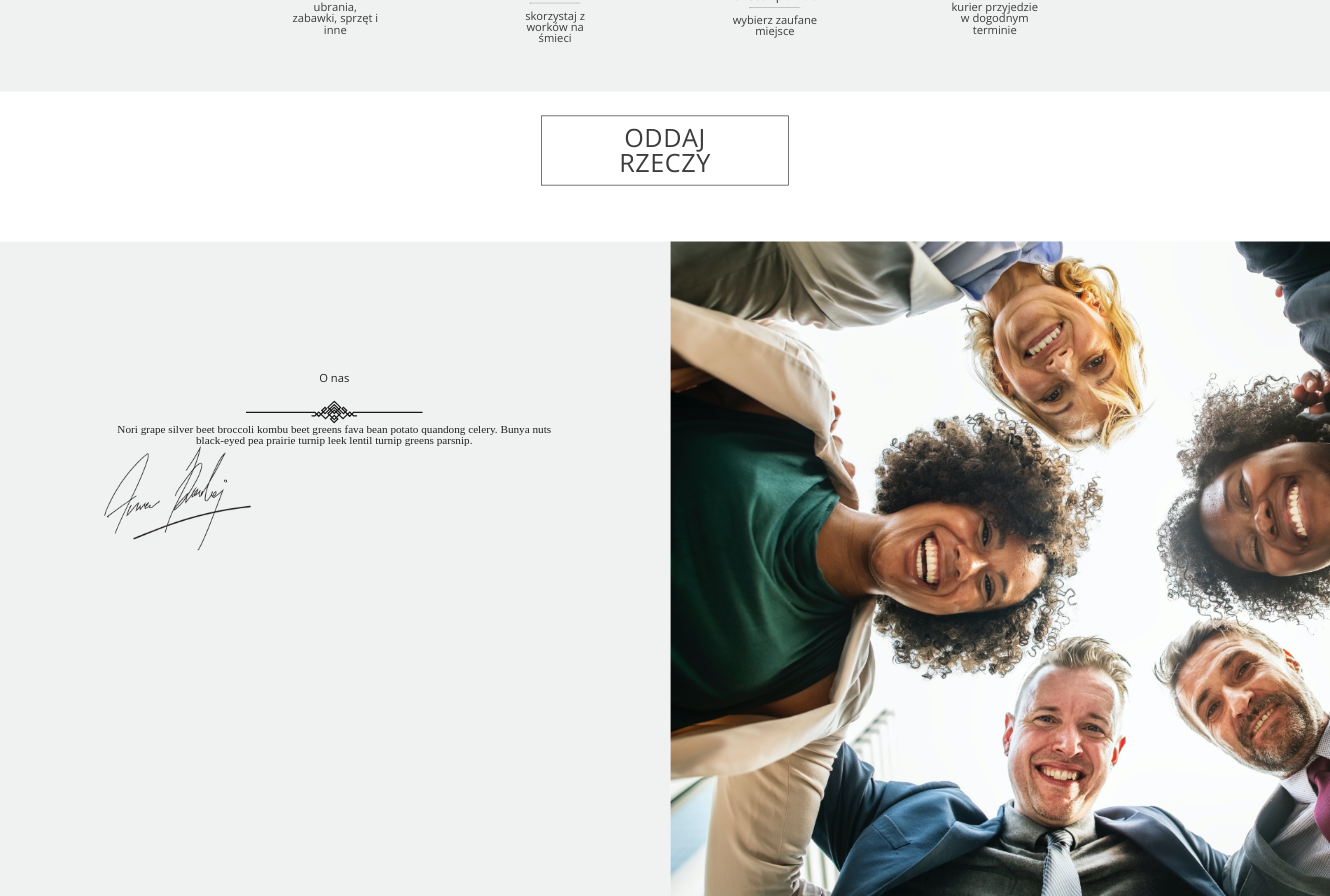
Repository: tomekwoojcik/oddam-w-dobre-rence
Page: /
An editor plug-in stored every save of this project. The page is shown before and after the next save, followed by the edit.
The browser window is 1280 px wide. The page is 1900 px wide, so the pictures cover 1900 px, including what lies to the right of the window. The pictures show the part of the page from y = 1720 to 3000 px (the page is 3000 px tall), at 70% of full size.
The project was rebuilt for these pictures with package versions that can differ from the ones it lists, and the page was loaded fresh each time. Also part of the build but not shown: src/pages/logIn/logIn.js, src/pages/register/register.js.

Above is the page before, as saved 2022-12-08 09:29:02.

### public/index.html
<!DOCTYPE html>
<html lang="en">
  <head>
    <meta charset="utf-8" />
    <link rel="icon" href="%PUBLIC_URL%/favicon.ico" />
    <meta name="viewport" content="width=device-width, initial-scale=1" />
    <meta name="theme-color" content="#000000" />
    <meta
      name="description"
      content="Web site created using create-react-app"
    />
    <link rel="apple-touch-icon" href="%PUBLIC_URL%/logo192.png" />
    <link rel="manifest" href="%PUBLIC_URL%/manifest.json" />
    <title>React App</title>
    <link rel="preconnect" href="https://fonts.googleapis.com">
    <link rel="preconnect" href="https://fonts.gstatic.com" crossorigin>
    <link
      href="https://fonts.googleapis.com/css2?family=Merriweather:ital,wght@0,300;0,400;0,700;0,900;1,300;1,400;1,700;1,900&family=Open+Sans:ital,wght@0,300;0,400;0,500;0,600;0,700;0,800;1,300;1,400;1,500;1,600;1,700;1,800&display=swap"
      rel="stylesheet">
  </head>
  <body>
    <div id="root"></div>
  </body>
</html>

### src/index.js
import React from 'react'
import ReactDOM from 'react-dom/client'
import './scss/main.scss'
import App from './App'
import reportWebVitals from './reportWebVitals'

const root = ReactDOM.createRoot(document.getElementById('root'))
root.render(
  <React.StrictMode>
    <App />
  </React.StrictMode>
)

// If you want to start measuring performance in your app, pass a function
// to log results (for example: reportWebVitals(console.log))
// or send to an analytics endpoint. Learn more: https://bit.ly/CRA-vitals
reportWebVitals()

### src/scss/main.scss
@import './reset';
@import './settings/colors';
@import './settings/fonts';
@import '../components/atoms/buttonsMenu/buttonsMenu';
@import '../components/molecules/navMenu/navMenu';
@import '../components/atoms/buttonsLoginLogout/buttonsLoginLogout';
@import '../components/molecules/navLoginLogout/navLoginLogout';
@import '../components/molecules/menu/menu';
@import '../components/atoms/photoInHeader/photoInHeader.scss';
@import '../components/organisms/header/header';
@import '../components/atoms/partTextInHeader/firstPartText';
@import '../components/molecules/rightPart/rightPart';
@import '../components/molecules/textInHeader/textInHeader';
@import '../components/atoms/decorationAssets/decorationAssets';
@import '../components/molecules/menuRightPartContext/menuRightPartContext';
@import '../components/atoms/buttonsInRightPartContext/buttonsInRightPartContext';
@import '../components/organisms/threeColumns/threeColumns';
@import '../pages/home/home';
@import '../components/molecules/oneColumn/oneColumn';
@import '../components/atoms/counterInColumn/counterInColumn';
@import '../components/atoms/titleInColumn/titleInColumn';
@import '../components/atoms/textInColumn/textInColumn';
@import '../components/atoms/simpleStepsTitle/simpleStepsTitle';
@import '../components/organisms/simpleSteps/simpleSteps';
@import '../components/atoms/simpleStepsColumn/simpleStepsColumn';
@import '../components/molecules/simpleStepsBar/simpleStepsBar';
@import '../components/organisms/aboutUsBar/aboutUsBar';

* {
    font-family: $font-base;
}

### src/App.js
/* eslint-disable react/react-in-jsx-scope */
import { Outlet, Route, Routes } from 'react-router'
import { BrowserRouter } from 'react-router-dom'
import Home from './pages/home/home'
import './App.css'
import LogIn from './pages/logIn/logIn'
import Register from './pages/register/register'

function App () {
  return (
    <div className="App">
      <Outlet />
      <BrowserRouter>
        <Routes>
          <Route path='/' element={<Home />} />
          <Route path='logowanie' element={<LogIn />} />
          <Route path='rejestracja' element={<Register />} />
        </Routes>

      </BrowserRouter>
    </div>
  )
}

export default App

### src/scss/settings/_colors.scss
$white-color: #F0F1F1;
$mustard-color: #5E5322;
$strong-yellow-color: #FAD648;
$grey-color: #737373;
$black-color: #3C3C3C;

### src/components/atoms/buttonsMenu/_buttonsMenu.scss
@import '../../../scss/settings/fonts';
@import '../../../scss/settings/colors';

.buttonItem {
    .button {
        font-size: 18px;
        padding: 9px 20px;
        color: $black-color;
        text-decoration: none;
        font-family: $font-base;
        border: 0.75px solid white;
    }

    .button:hover{
        border: 0.75px solid $black-color;
    }
}

### src/components/molecules/navMenu/_navMenu.scss
@import '../../../scss/settings/fonts';
@import '../../../scss/settings/colors';

.buttonList {
    margin-top: 10px;
    display: flex;
    flex-direction: row;
    justify-content: flex-end;
    margin-right: 142px;
}

### src/components/atoms/buttonsLoginLogout/_buttonsLoginLogout.scss
@import '../../../scss/settings/fonts';
@import '../../../scss/settings/colors';

.buttonMenuItems {
    .buttonMenu {
        font-family: $font-base;
        font-size: 14px;
        text-decoration: none;
        color: $grey-color;
        padding: 9px 10px;
        margin-left: 20px;
        border: 0.75px solid white;
    }

    .buttonMenu:hover{
        border-color: $strong-yellow-color;
    }
}

### src/components/molecules/navLoginLogout/_navLoginLogout.scss
.buttonMenuList{
    display: flex;
    flex-direction: row;
    justify-content: flex-end;
    margin-right: 142px;
    margin-bottom: 60px;
}

### src/components/molecules/menu/_menu.scss
.menu {
    width: 100%;
    margin-top: 37px;
    flex-direction: column;
}

### src/components/atoms/photoInHeader/_photoInHeader.scss
.photoHeader {
    width: 885px;
    height: 963px;
}

### src/components/organisms/header/_header.scss
.header {
    display: flex;
    flex-direction: row;
    width: 1758px;
}

### src/components/atoms/partTextInHeader/_firstPartText.scss
@import '../../../scss/settings/fonts';
@import '../../../scss/settings/colors';

.textInHeader{
    font-family: $font-base;
    font-size: 38px;
    margin-bottom: 10px;
}

### src/components/molecules/rightPart/_rightPart.scss
.rightPartHeader{
    display: flex;
    flex-direction: column;
}

### src/components/molecules/textInHeader/_textInHeader.scss
.textIn{
    margin-top: 210px;
}

### src/components/atoms/decorationAssets/_decorationAssets.scss
.decorationAssets {
    width: 253px;
    height: 33px;
    align-self: center;
    margin-top: 25px;
}

### src/components/molecules/menuRightPartContext/_menuRightPartContext.scss
.menuRightPartContext{
    display: flex;
    flex-direction: row;
    justify-content: center;
    margin-top: 65px;
}

### src/components/atoms/buttonsInRightPartContext/_buttonsInRightPartContext.scss
@import '../../../scss/settings/fonts';
@import '../../../scss/settings/colors';
@import '../../../scss/settings/otherVariables';

.buttonItemMenuContext {
    width: 250px;
    border: $border;
    padding: 13px 51px;

    .buttonMenuContext {

        text-transform: uppercase;
        text-decoration: none;
        color: $black-color;
        font-size: 36px;
        letter-spacing: 0.76px;
        word-wrap: break-word;
        font-family: $font-base;
        font-weight: 300;
    }

}

.buttonItemMenuContext:nth-child(2) {
    margin-left: 44px;
}

### src/scss/settings/_otherVariables.scss
@import '../settings/colors';
@import '../settings/colors';

$border: 0.75px solid $black-color;

### src/components/organisms/threeColumns/_threeColumns.scss
.threeColumns{
    background: url(../../../assets/backGround.png) ;
    width: 100%;
    display: flex;
    flex-direction: row;
    justify-content: space-around;
}

### src/pages/home/_home.scss
.homePage{
    width: 1900px;
    margin: 0 auto;
}

### src/components/molecules/oneColumn/_oneColumn.scss
.oneColumn {
    display: flex;
    flex-direction: column;
    justify-content: center;
    width: 334px;
    height: 252px;
    padding-top: 46px;
    padding-bottom: 86px;

}

### src/components/atoms/counterInColumn/_counterInColumn.scss
@import '../../../scss/settings/fonts';
@import '../../../scss/settings/colors';
@import '../../../scss/settings/otherVariables';

.counterColumn{
    font-size: 90px;
    font-family: $font-base;
    color: $mustard-color;
    font-weight: 300;
}

### src/components/atoms/titleInColumn/_titleInColumn.scss
@import '../../../scss/settings/fonts';
@import '../../../scss/settings/colors';
@import '../../../scss/settings/otherVariables';

.titleColumn{
    text-transform: uppercase;
    font-size: 18px;
    font-family: $font-base;
    letter-spacing: -0.36px;
    color: $black-color;
    margin: 10px 0 28px 0;

}

### src/components/atoms/textInColumn/_textInColumn.scss
@import '../../../scss/settings/fonts';
@import '../../../scss/settings/colors';
@import '../../../scss/settings/otherVariables';


.textColumn{
    font-family: $font-alt;
    font-size: 16px;
    font-weight: lighter;
    color: $black-color;
    letter-spacing: -0.32px;
    line-height: 25px;
}

### src/components/atoms/simpleStepsTitle/_simpleStepsTitle.scss
@import '../../../scss/settings/fonts';
@import '../../../scss/settings/colors';
@import '../../../scss/settings/otherVariables';

.simpleStepsTitle {
    font-size: 38px;
    font-family: $font-base;
    letter-spacing: -0.76px;
    color: $black-color;
    font-weight: 300;
}

### src/components/organisms/simpleSteps/_simpleSteps.scss
.simpleSteps{
    padding: 55px 0 80px 0;
    display: flex;
    flex-direction: column;

    .buttonItemMenuContext{
        align-self: center;
    }
}

### src/components/atoms/simpleStepsColumn/_simpleStepsColumn.scss
@import '../../../scss/settings/fonts';
@import '../../../scss/settings/colors';
@import '../../../scss/settings/otherVariables';

.simpleStepsColumn {
    width: 130px;
    height: 172px;

    .simpleStepsColumnImg {
        width: 83px;
        height: 83px;
    }

    .simpleStepsColumnTitle {
        font-family: $font-base;
        font-size: 18px;
        color: $black-color;
    }

    .simpleStepsColumnLine {
        color: $grey-color;
        width: 70px;
    }

    .simpleStepsColumnText {
        font-family: $font-base;
        font-size: 16px;
        color: $black-color;
        height: 40px;
        width: 100%;
    }
}


.simpleStepsColumn:nth-child(2){
    .simpleStepsColumnTitle{
        margin-top: 12px;
    }
}

### src/components/molecules/simpleStepsBar/_simpleStepsBar.scss
@import '../../../scss/settings/fonts';
@import '../../../scss/settings/colors';
@import '../../../scss/settings/otherVariables';

.simpleStepsBar {
    background-color: $white-color;
    padding: 71px 414px 76px 414px;
    display: flex;
    flex-direction: row;
    justify-content: space-between;
    margin-top: 34px;
    margin-bottom: 34px;
}

### src/components/organisms/aboutUsBar/_aboutUsBar.scss
@import '../../atoms/aboutUsImg/aboutUsImg';
@import '../../atoms/aboutUsText/aboutUsText';

.aboutUsBar{
    height: 935px;
    display: flex;
}

### src/components/atoms/aboutUsImg/_aboutUsImg.scss
.aboutUsImg{
    background-image: url('../../../assets/People.png');
    width: 942px;
    height: 100%;

}

### src/components/atoms/aboutUsText/_aboutUsText.scss
@import '../../../scss/settings/fonts';
@import '../../../scss/settings/colors';
@import '../../../scss/settings/otherVariables';

.aboutUsText {
    background-color: $white-color;
    width: calc(958px - 301px);
    padding: 186px 152px 185px 149px;

    .aboutUsTextTitle{
        font-family: $font-base;
    }

    .aboutUsSignature {
        background-image: url('../../../assets/Signature.png');
        width: 209px;
        height: 149px;
    }
}

### src/pages/home/home.js
import React from 'react'
import AboutUsBar from '../../components/organisms/aboutUsBar/aboutUsBar'
import Header from '../../components/organisms/header/header'
import SimpleSteps from '../../components/organisms/simpleSteps/simpleSteps'
import ThreeColumns from '../../components/organisms/threeColumns/threeColumns'

const Home = () => {
  return (
    <div className='homePage'>
      <Header />
      <ThreeColumns />
      <SimpleSteps />
      <AboutUsBar/>
    </div>
  )
}

export default Home

### src/components/organisms/aboutUsBar/aboutUsBar.js
import React from 'react'
import AboutUsImg from '../../atoms/aboutUsImg/aboutUsImg'
import AboutUsText from '../../atoms/aboutUsText/aboutUsText'

const AboutUsBar = () => {
  return (
        <div className='aboutUsBar'>
          <AboutUsText aboutUsTextTitle={'O nas'} aboutUsTextinText={'Nori grape silver beet broccoli kombu beet greens fava bean potato quandong celery. Bunya nuts black-eyed pea prairie turnip leek lentil turnip greens parsnip.'} />
          <AboutUsImg/>
        </div>
  )
}

export default AboutUsBar

### src/components/organisms/header/header.js
import React from 'react'
import PhotoInHeader from '../../atoms/photoInHeader/photoInHeader'
import RightPart from '../../molecules/rightPart/rightPart'
const Header = () => {
  return (
    <header className='header'>
      <PhotoInHeader />
      <RightPart />
    </header>

  )
}

export default Header

### src/components/organisms/simpleSteps/simpleSteps.js
import React from 'react'
import SimpleStepsTitle from '../../atoms/simpleStepsTitle/simpleStepsTitle'
import DecorationAssets from '../../atoms/decorationAssets/decorationAssets'
import SimpleStepsBar from '../../molecules/simpleStepsBar/simpleStepsBar'
import ButtonsInRightPartContext from '../../atoms/buttonsInRightPartContext/buttonsInRightPartContext'
const SimpleSteps = () => {
  return (
        <div className='simpleSteps'>
            <SimpleStepsTitle text={'Wystarczą 4 proste kroki'} />
            <DecorationAssets />
            <SimpleStepsBar />
            <ButtonsInRightPartContext buttonName={'oddaj rzeczy'} />
        </div>
  )
}

export default SimpleSteps

### src/components/organisms/threeColumns/threeColumns.js
import React from 'react'
import OneColumn from '../../molecules/oneColumn/oneColumn'

const ThreeColumns = () => {
  return (
        <div className='threeColumns'>
          <OneColumn counter={'10'} title={'Oddanych worków'} text={'Lorem ipsum dolor sit amet, consectetur adipisc Pellentesque vel enim a elit viverra elementuma. Aliquam erat volutpat.'} />
          <OneColumn counter={'5'} title={'Wspartych organizacji'} text={'Lorem ipsum dolor sit amet, consectetur adipisc Pellentesque vel enim a elit viverra elementuma. Aliquam erat volutpat.'} />
          <OneColumn counter={'7'} title={'Zorganizowanych zbiórek'} text={'Lorem ipsum dolor sit amet, consectetur adipisc Pellentesque vel enim a elit viverra elementuma. Aliquam erat volutpat.'} />
        </div>
  )
}

export default ThreeColumns

### src/components/atoms/aboutUsImg/aboutUsImg.js
import React from 'react'
const AboutUsImg = () => {
  return (
        <div className='aboutUsImg'/>
  )
}

export default AboutUsImg

### src/components/atoms/aboutUsText/aboutUsText.js
/* eslint-disable react/prop-types */
import DecorationAsets from '../decorationAssets/decorationAssets'
import React from 'react'

const AboutUsText = ({ aboutUsTextTitle, aboutUsTextinText }) => {
  return (
        <div className='aboutUsText'>
            <h3 className='aboutUsTextTitle'>{aboutUsTextTitle}</h3>
            <DecorationAsets />
          <p className='aboutUsTextinText'>{aboutUsTextinText}</p>
          <div className='aboutUsSignature'/>
        </div>
  )
}

export default AboutUsText

### src/components/atoms/photoInHeader/photoInHeader.js
import React from 'react'
import Image from '../../../assets/Home-Hero-Image.jpg'

const PhotoInHeader = () => {
  return (
    <img className='photoHeader' src={Image} />
  )
}

export default PhotoInHeader

### src/components/molecules/rightPart/rightPart.js
import React from 'react'
import Menu from '../menu/menu'
import RightPartContext from '../rightPartContext/rightPartContext'

const RightPart = () => {
  return (
    <div className='rightPartHeader'>
      <Menu />
      <RightPartContext />
    </div>
  )
}

export default RightPart

### src/components/atoms/simpleStepsTitle/simpleStepsTitle.js
/* eslint-disable react/prop-types */
import React from 'react'

const SimpleStepsTitle = ({ text }) => {
  return (
        <h4 className='simpleStepsTitle'>{text}</h4>
  )
}

export default SimpleStepsTitle

### src/components/atoms/decorationAssets/decorationAssets.js
import React from 'react'
import DecoratorImage from '../../../assets/Decoration.svg'
const DecorationAssets = () => {
  return (
        <img className="decorationAssets" src={DecoratorImage} />
  )
}

export default DecorationAssets

### src/components/atoms/buttonsInRightPartContext/buttonsInRightPartContext.js
import React from 'react'
import { NavLink } from 'react-router-dom'

// eslint-disable-next-line react/prop-types
const ButtonsInRightPartContext = ({ source, buttonName }) => {
  return (
    <div className='buttonItemMenuContext'><NavLink className='buttonMenuContext' to={source}>{buttonName}</NavLink></div>
  )
}

export default ButtonsInRightPartContext

### src/components/molecules/oneColumn/oneColumn.js
/* eslint-disable react/prop-types */
import React from 'react'
import CounterInColumn from '../../atoms/counterInColumn/counterInColumn'
import TextInColumn from '../../atoms/textInColumn/textInColumn'
import TitleInColumn from '../../atoms/titleInColumn/titleInColumn'

const OneColumn = ({ counter, title, text }) => {
  return (
        <div className='oneColumn'>
            <CounterInColumn counterColumn={counter} />
            <TitleInColumn titleColumn={title} />
            <TextInColumn textColumn={text} />
        </div>
  )
}

export default OneColumn

### src/components/molecules/menu/menu.js
import React from 'react'
import NavLoginLogout from '../navLoginLogout/navLoginLogout'
import NavMenu from '../navMenu/navMenu'

const Menu = () => {
  return (
    <div className='menu'>
      <NavLoginLogout />
      <NavMenu />
    </div>
  )
}

export default Menu

### src/components/molecules/rightPartContext/rightPartContext.js
import React from 'react'
import DecorationAssets from '../../atoms/decorationAssets/decorationAssets'
import MenuRightPartContext from '../menuRightPartContext/menuRightPartContext'
import TextInHeader from '../textInHeader/textInHeader'

const RightPartContext = () => {
  return (
      <div className='rightPartContext'>
          <TextInHeader />
          <DecorationAssets />
          <MenuRightPartContext/>
        </div>
  )
}

export default RightPartContext

### src/components/atoms/simpleStepsColumn/simpleStepsColumn.js
/* eslint-disable react/prop-types */
import React from 'react'

const SimpleStepsColumn = ({ source, simpleStepsColumnTitle, simpleStepsColumnText }) => {
  return (
    <div className='simpleStepsColumn'>
          <img className='simpleStepsColumnImg' src={source} />
          <h4 className='simpleStepsColumnTitle' >{simpleStepsColumnTitle}</h4>
          <hr className='simpleStepsColumnLine' />
          <p className='simpleStepsColumnText'>{simpleStepsColumnText}</p>
    </div>
  )
}

export default SimpleStepsColumn

### src/components/atoms/counterInColumn/counterInColumn.js
/* eslint-disable react/prop-types */
import React from 'react'

const CounterInColumn = ({ counterColumn }) => {
  return (
    <h3 className='counterColumn'>{counterColumn}</h3>
  )
}

export default CounterInColumn

### src/components/atoms/textInColumn/textInColumn.js
/* eslint-disable react/prop-types */
import React from 'react'

const TextInColumn = ({ textColumn }) => {
  return (
      <p className='textColumn'>{ textColumn }</p>
  )
}

export default TextInColumn

### src/components/atoms/titleInColumn/titleInColumn.js
/* eslint-disable react/prop-types */
import React from 'react'

const TitleInColumn = ({ titleColumn }) => {
  return (
      <h4 className='titleColumn'>{titleColumn}</h4>
  )
}

export default TitleInColumn

### src/components/molecules/navLoginLogout/navLoginLogout.js
import React from 'react'
import ButtonsLoginLogout from '../../atoms/buttonsLoginLogout/buttonsLoginLogout'

const NavLoginLogout = () => {
  return (
        <ul className='buttonMenuList'>
          <ButtonsLoginLogout source={'logowanie'} buttonName={'Zaloguj'} />
          <ButtonsLoginLogout source={'rejestracja'} buttonName={'Załóź konto'} />
        </ul>
  )
}

export default NavLoginLogout

### src/components/molecules/navMenu/navMenu.js
import React from 'react'
import ButtonsMenu from '../../atoms/buttonsMenu/buttonsMenu'

const NavMenu = () => {
  return (
        <ul className='buttonList'>
          <ButtonsMenu source={'/'} linkName={'Start'} />
          <ButtonsMenu source={'/'} linkName={'O co chodzi?'} />
          <ButtonsMenu source={'/'} linkName={'O nas'} />
          <ButtonsMenu source={'/'} linkName={'Fundacje i organizacje'} />
          <ButtonsMenu source={'/'} linkName={'Kontakt'} />
        </ul>
  )
}

export default NavMenu

### src/components/molecules/menuRightPartContext/menuRightPartContext.js
import React from 'react'
import ButtonsInRightPartContext from '../../atoms/buttonsInRightPartContext/buttonsInRightPartContext'

const MenuRightPartContext = () => {
  return (
      <ul className='menuRightPartContext'>
      <ButtonsInRightPartContext source={'#'} buttonName={'Oddaj rzeczy'} />
      <ButtonsInRightPartContext source={'#'} buttonName={'Zorganizuj zbiórke'} />
    </ul>
  )
}

export default MenuRightPartContext

### src/components/molecules/textInHeader/textInHeader.js
import React from 'react'
import FirstPartText from '../../atoms/partTextInHeader/firstPartText'

const TextInHeader = () => {
  return (
        <div className='textIn'>
          <FirstPartText textHeader={'Zacznij pomagać!'} />
          <FirstPartText textHeader={'Oddaj niechciane rzeczy w zaufane ręce'} />
        </div>
  )
}

export default TextInHeader

### src/components/atoms/buttonsLoginLogout/buttonsLoginLogout.js
/* eslint-disable react/prop-types */
import React from 'react'
import { NavLink } from 'react-router-dom'

const ButtonsLoginLogout = ({ source, buttonName }) => {
  return (
        <li className='buttonMenuItems'><NavLink className='buttonMenu' to={source}>{buttonName}</NavLink></li>
  )
}

export default ButtonsLoginLogout

### src/components/atoms/buttonsMenu/buttonsMenu.js
import React from 'react'
import { NavLink } from 'react-router-dom'

// eslint-disable-next-line react/prop-types
const ButtonsMenu = ({ source, linkName }) => {
  return (
        <li className='buttonItem'><NavLink className="button" to={source}>{linkName}</NavLink></li>
  )
}

export default ButtonsMenu

### src/components/atoms/partTextInHeader/firstPartText.js
import React from 'react'

// eslint-disable-next-line react/prop-types
const FirstPartText = ({ textHeader }) => {
  return (
    <h3 className='textInHeader'>{textHeader}</h3>
  )
}

export default FirstPartText

Loaded but not shown: src/reportWebVitals.js (common file); src/scss/_reset.scss (common file); src/scss/settings/_fonts.scss (common file); src/App.css (common file); src/components/molecules/simpleStepsBar/simpleStepsBar.js (19 lines, source omitted)

After the next save:
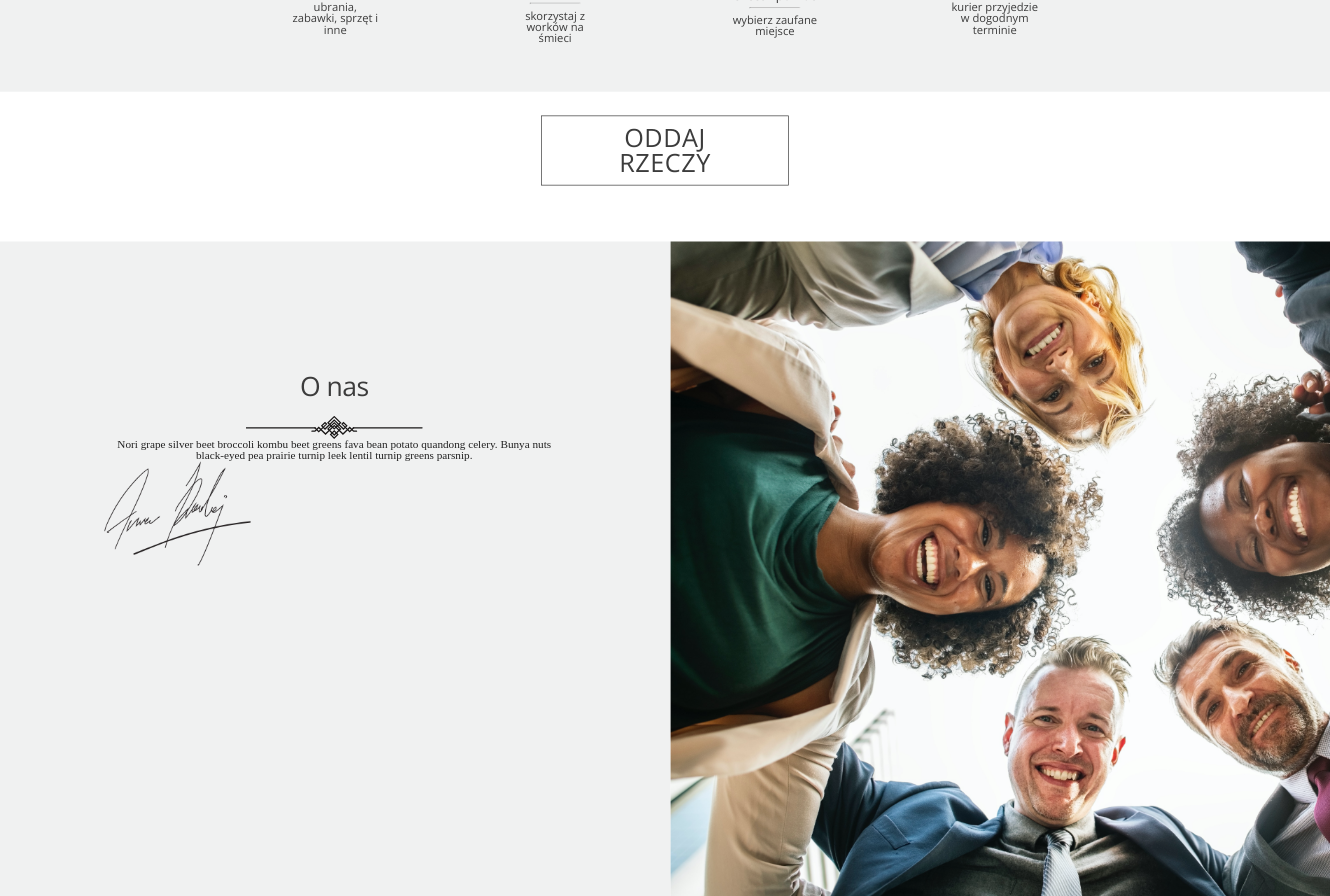
Saved 81 s later.
--- a/src/components/atoms/aboutUsText/_aboutUsText.scss
+++ b/src/components/atoms/aboutUsText/_aboutUsText.scss
@@ -9,6 +9,10 @@
 
     .aboutUsTextTitle{
         font-family: $font-base;
+        font-size: 38px;
+        letter-spacing: -0.76px;
+        color: $black-color;
+
     }
 
     .aboutUsSignature {
